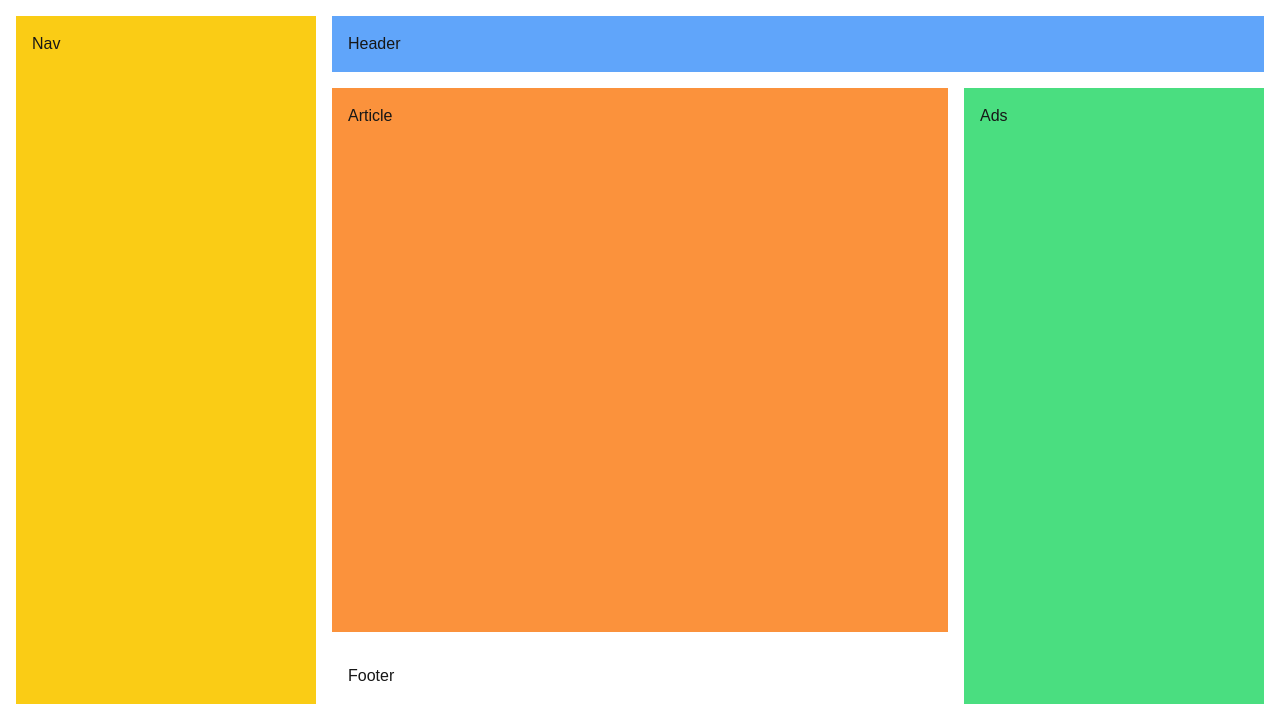
Repository: asadullah48/Understanding-Grid
Page: /
An editor plug-in stored every save of this project. The page is shown before and after the next save, followed by the edit.
The browser window is 1280 px wide. The pictures show the whole page.
The project was rebuilt for these pictures with package versions that can differ from the ones it lists, and the page was loaded fresh each time. The framework's server and built-in components were replaced by stand-ins that run in the browser. Also part of the build but not shown: next.config.ts.

Above is the page before, as saved 2025-01-22 09:47:39.

### src/app/layout.tsx
import type { Metadata } from "next";
import { Geist, Geist_Mono } from "next/font/google";
import "./globals.css";

const geistSans = Geist({
  variable: "--font-geist-sans",
  subsets: ["latin"],
});

const geistMono = Geist_Mono({
  variable: "--font-geist-mono",
  subsets: ["latin"],
});

export const metadata: Metadata = {
  title: "Understanding Grid",
  description: "Generated by create next app",
};

export default function RootLayout({
  children,
}: Readonly<{
  children: React.ReactNode;
}>) {
  return (
    <html lang="en">
      <body
        className={`${geistSans.variable} ${geistMono.variable} antialiased`}
      >
        {children}
      </body>
    </html>
  );
}

### src/app/page.tsx
export default function Layout() {
  return (
    <div className="grid grid-rows-[auto,1fr,auto] grid-cols-4 gap-4 p-4 min-h-screen">
      {/* Left Nav */}
      <nav className="bg-yellow-400 p-4 row-span-3 col-span-1">Nav</nav>

      {/* Header */}
      <header className="bg-blue-400 p-4 col-span-3">Header</header>

      {/* Main Article */}
      <main className="bg-orange-400 p-4 col-span-2">Article</main>

      {/* Ads */}
      <aside className="bg-green-400 p-4 row-span-2 col-span-1">Ads</aside>

      {/* Footer */}
      <footer className="bg--400 p-4 col-span-2 col-start-2">Footer</footer>
    </div>
  );
}

Loaded but not shown: src/app/globals.css (common file); tailwind.config.ts (common file)

After the next save:
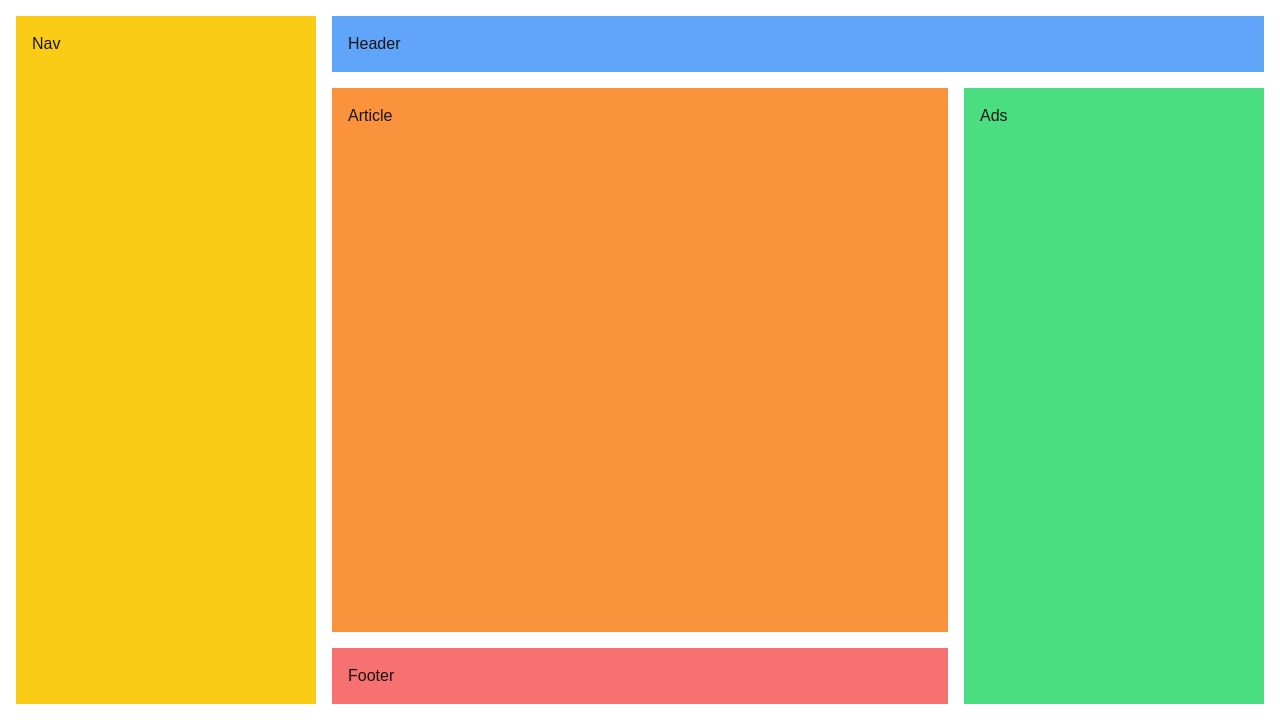
Saved 22 s later.
--- a/src/app/page.tsx
+++ b/src/app/page.tsx
@@ -14,7 +14,7 @@ export default function Layout() {
       <aside className="bg-green-400 p-4 row-span-2 col-span-1">Ads</aside>
 
       {/* Footer */}
-      <footer className="bg--400 p-4 col-span-2 col-start-2">Footer</footer>
+      <footer className="bg-red-400 p-4 col-span-2 col-start-2">Footer</footer>
     </div>
   );
 }
